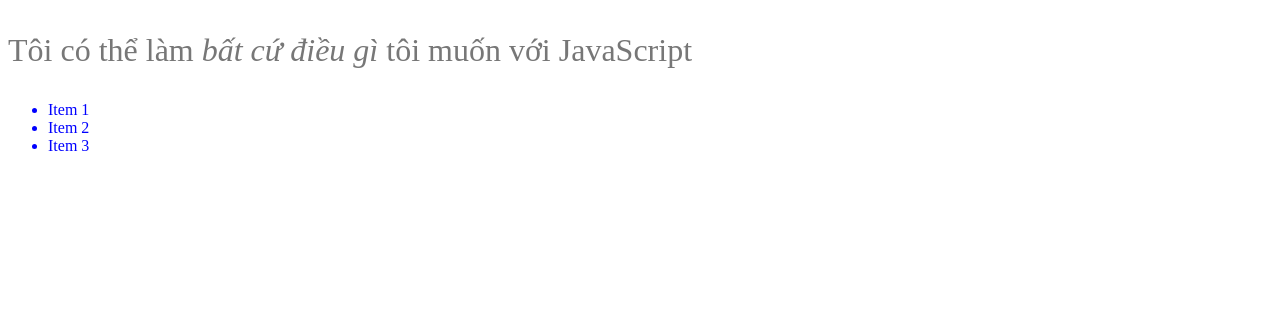
Repository: khanhnahk306/khanhnahk.github.io
Page: DOM/index.html
The author's editor kept a copy of each file at every save. The page is drawn from the files as they stood at one save, then again after a run of saves.
The browser window is 1280 px wide. The pictures show the whole page.

Above is the page before, as saved 2022-06-03 13:51:03.

After the next 2 saves:
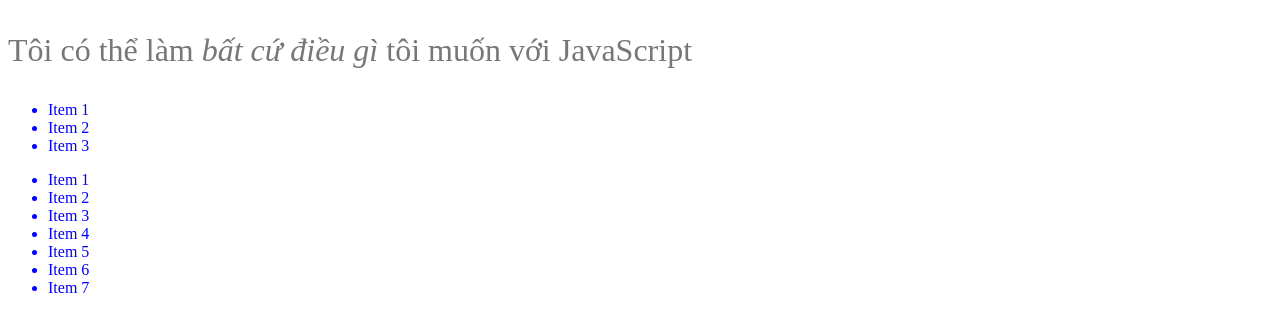
The 2 saves are shown as one change because they came seconds apart.
The last was saved 55 s later.
--- a/DOM/index.html
+++ b/DOM/index.html
@@ -17,6 +17,16 @@
       <li>Item 3</li>
     </ul>
 
+    <ul id="list">
+      <li>Item 1</li>
+      <li>Item 2</li>
+      <li>Item 3</li>
+      <li>Item 4</li>
+      <li>Item 5</li>
+      <li>Item 6</li>
+      <li>Item 7</li>
+    </ul>
+
     <script>
       let p = document.getElementById("text");
       p.style.color = "#777";
